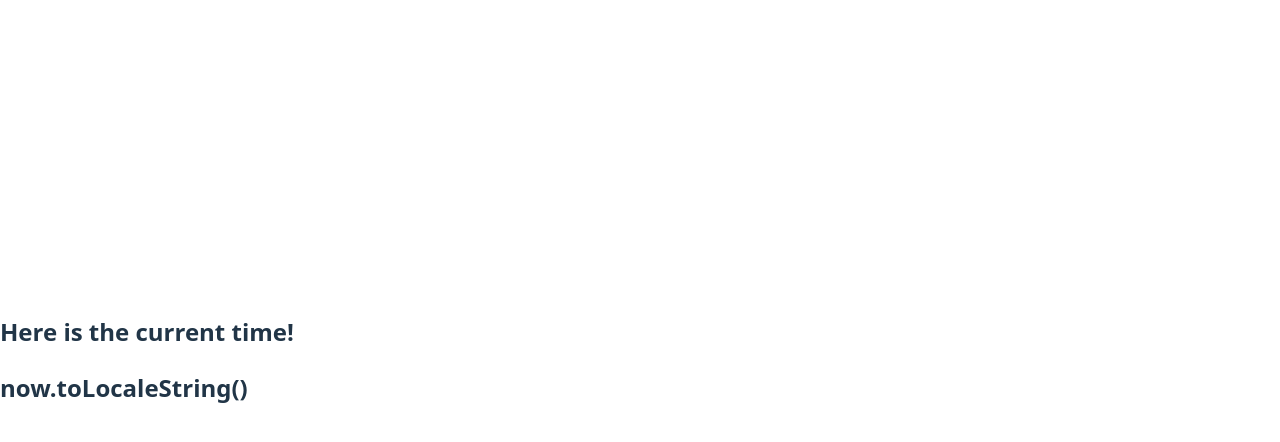
Repository: kvi1/Web102-Labs
Page: / (app in samosa-selector/)
The author's editor kept a copy of each file at every save. The page is drawn from the files as they stood at one save, then again after the next save.
The browser window is 1280 px wide. The pictures show the whole page.
The project was rebuilt for these pictures with package versions that can differ from the ones it lists, and the page was loaded fresh each time. Also part of the build but not shown: samosa-selector/vite.config.js.

Above is the page before, as saved 2025-03-01 13:18:51.

After the next save:
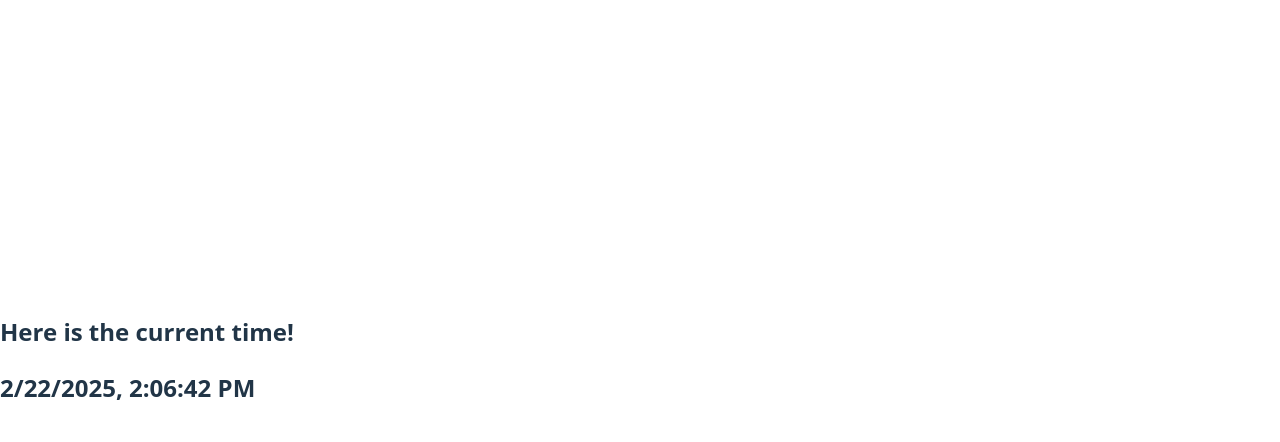
Saved 23 s later.
--- a/samosa-selector/src/App.jsx
+++ b/samosa-selector/src/App.jsx
@@ -12,6 +12,6 @@ export default function App(props) {
 
   return <div className = 'App'>
     <h2>Here is the current time!</h2>
-    <h2>now.toLocaleString()</h2>
+    <h2>{now.toLocaleString()}</h2>
   </div>
 }
